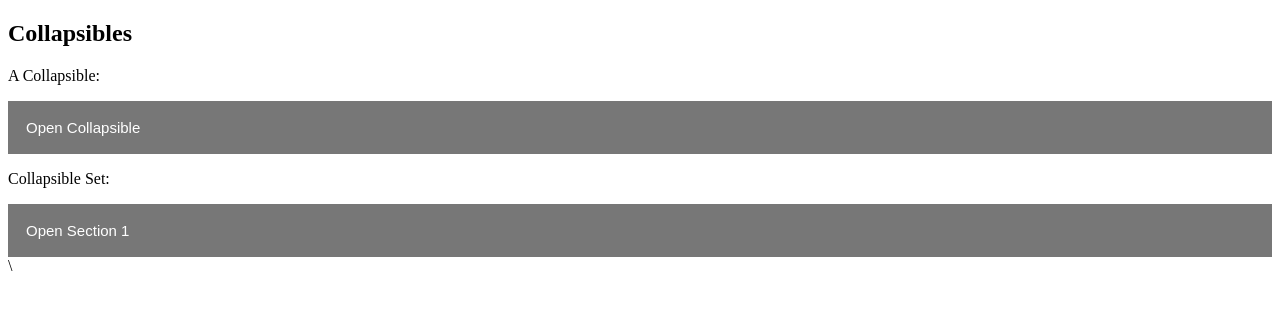
Repository: jpaisiem/WP-4
Page: index.html
These files come from the project's save history. The page is drawn as it stood at one moment and after the next save; the edit follows.
The browser window is 1280 px wide. The pictures show the whole page.

Above is the page before, as saved 2025-04-29 12:05:13.

### index.html
<!DOCTYPE html>
<html>
<head>
<meta name="viewport" content="width=device-width, initial-scale=1">
<style>
.collapsible {
  background-color: #777;
  color: white;
  cursor: pointer;
  padding: 18px;
  width: 100%;
  border: none;
  text-align: left;
  outline: none;
  font-size: 15px;
}

.active, .collapsible:hover {
  background-color: #555;
}

.content {
  padding: 0 18px;
  display: none;
  overflow: hidden;
  background-color: #f1f1f1;
}
</style>
</head>
<body>

<h2>Collapsibles</h2>

<p>A Collapsible:</p>
<button type="button" class="collapsible">Open Collapsible</button>
<div class="content">
  <p></p>
</div>

<p>Collapsible Set:</p>
<button type="button" class="collapsible">Open Section 1</button>\
<script>
var coll = document.getElementsByClassName("collapsible");
var i;

for (i = 0; i < coll.length; i++) {
  coll[i].addEventListener("click", function() {
    this.classList.toggle("active");
    var content = this.nextElementSibling;
    if (content.style.display === "block") {
      content.style.display = "none";
    } else {
      content.style.display = "block";
    }
  });
}
</script>

</body>
</html>

After the next save:
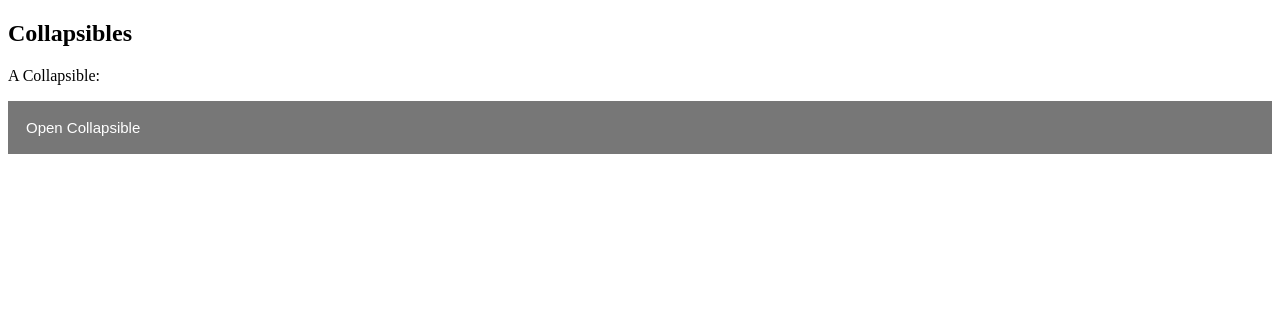
Saved 13 s later.
--- a/index.html
+++ b/index.html
@@ -37,8 +37,6 @@
   <p></p>
 </div>
 
-<p>Collapsible Set:</p>
-<button type="button" class="collapsible">Open Section 1</button>\
 <script>
 var coll = document.getElementsByClassName("collapsible");
 var i;
